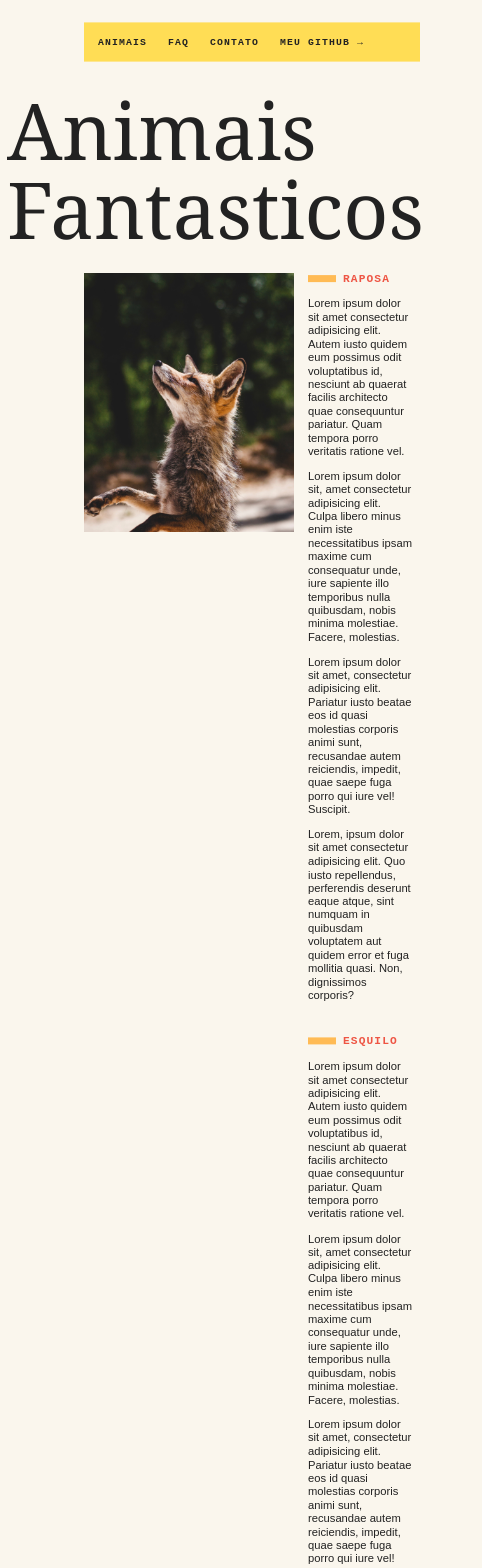
Repository: meiotera/animaisPagina
Page: index.html
These files come from the project's save history. The page is drawn as it stood at one moment and after the next save; the edit follows.
The browser window is 600 px wide. The page is 679 px wide, then 689 px, so the pictures cover 689 px, including what lies to the right of the window. The pictures show the part of the page from y = 0 to 2240 px (the page is 8600 px tall before and 6413 px after), at 70% of full size.

Above is the page before, as saved 2025-05-03 07:13:44.

After the next save:
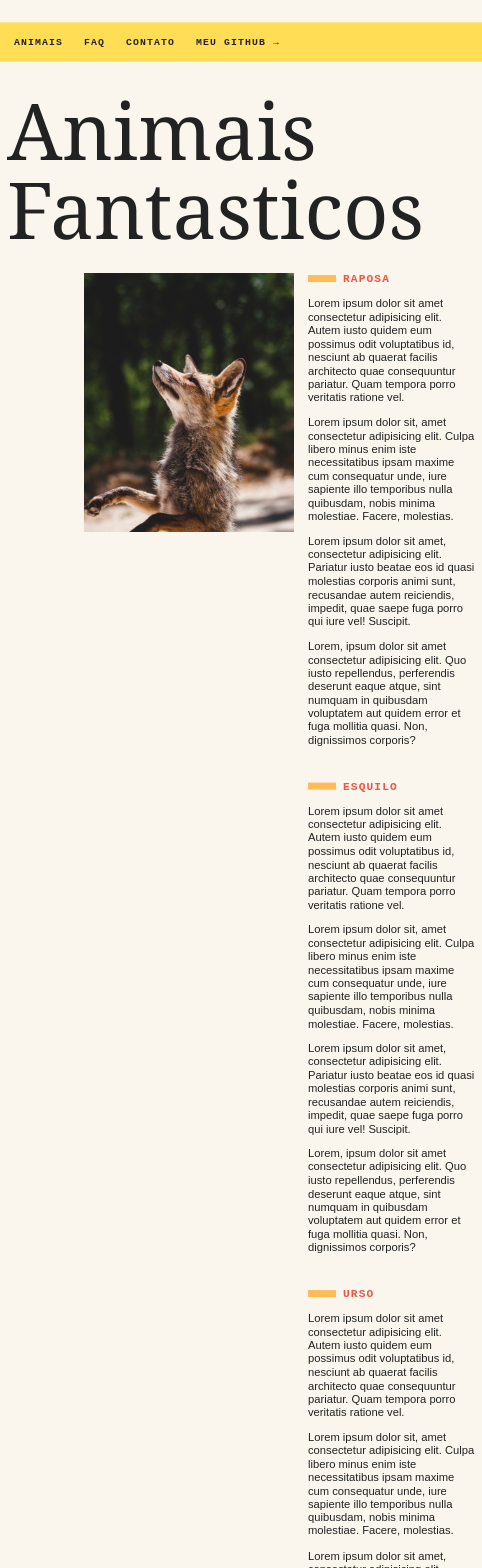
Saved 77 s later.
--- a/css/style.css
+++ b/css/style.css
@@ -189,3 +189,15 @@
   font-family: monospace;
   font-weight: bold;
 }
+
+@media (max-width: 700px) {
+  body {
+    grid-template-columns: 1fr;
+  }
+
+  .menu,
+  .grid-section,
+  .copy {
+    grid-column: 1;
+  }
+}
